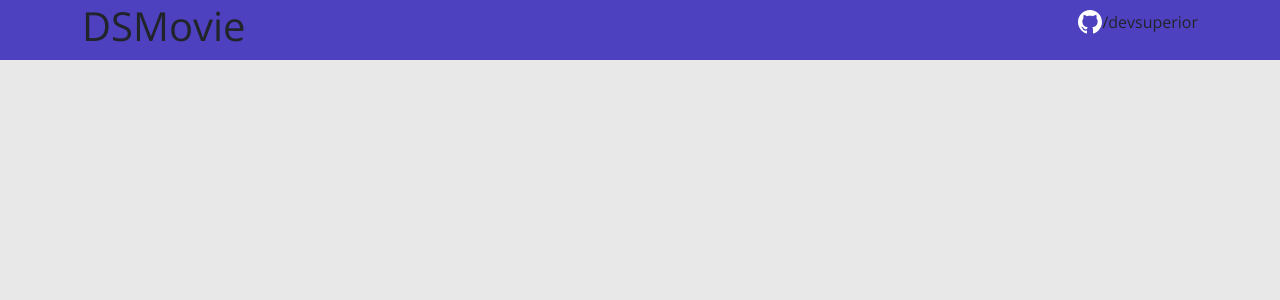
Repository: rogeriovalente/dsmovie
Page: / (app in frontend/)
These files come from the project's save history. The page is drawn as it stood at one moment and after the next save; the edit follows.
The browser window is 1280 px wide. The pictures show the whole page.
The project was rebuilt for these pictures with package versions that can differ from the ones it lists, and the page was loaded fresh each time.

Above is the page before, as saved 2022-05-11 17:44:47.

After the next save:
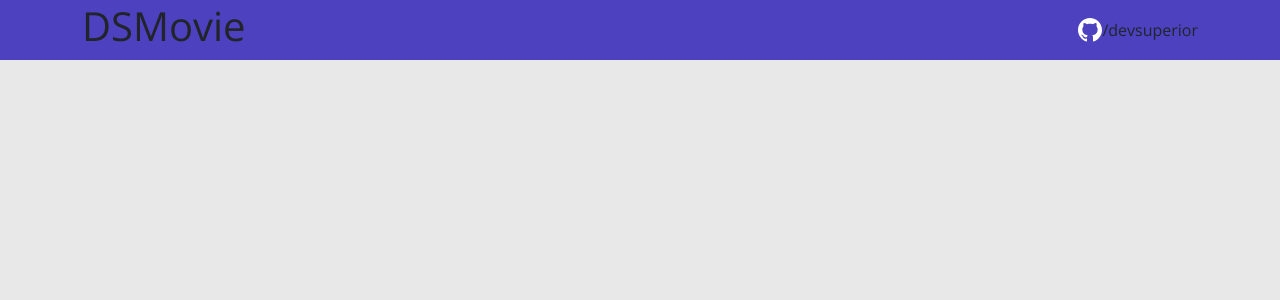
Saved 115 s later.
--- a/frontend/src/components/Navbar/index.tsx
+++ b/frontend/src/components/Navbar/index.tsx
@@ -10,7 +10,7 @@
           <a href="https://github.com/rogeriovalente/dsmovie">
             <div className="dsmovie-contact-conteiner">
               <GithubIcon />
-              <p> /devsuperior</p>
+              <p className="dsmove-contact-link"> /devsuperior</p>
             </div>
           </a>
         </div>
--- a/frontend/src/components/Navbar/styles.css
+++ b/frontend/src/components/Navbar/styles.css
@@ -14,3 +14,7 @@
 .dsmovie-contact-conteiner {
   display: flex;
 }
+
+.dsmove-contact-link {
+  margin: 0;
+}
